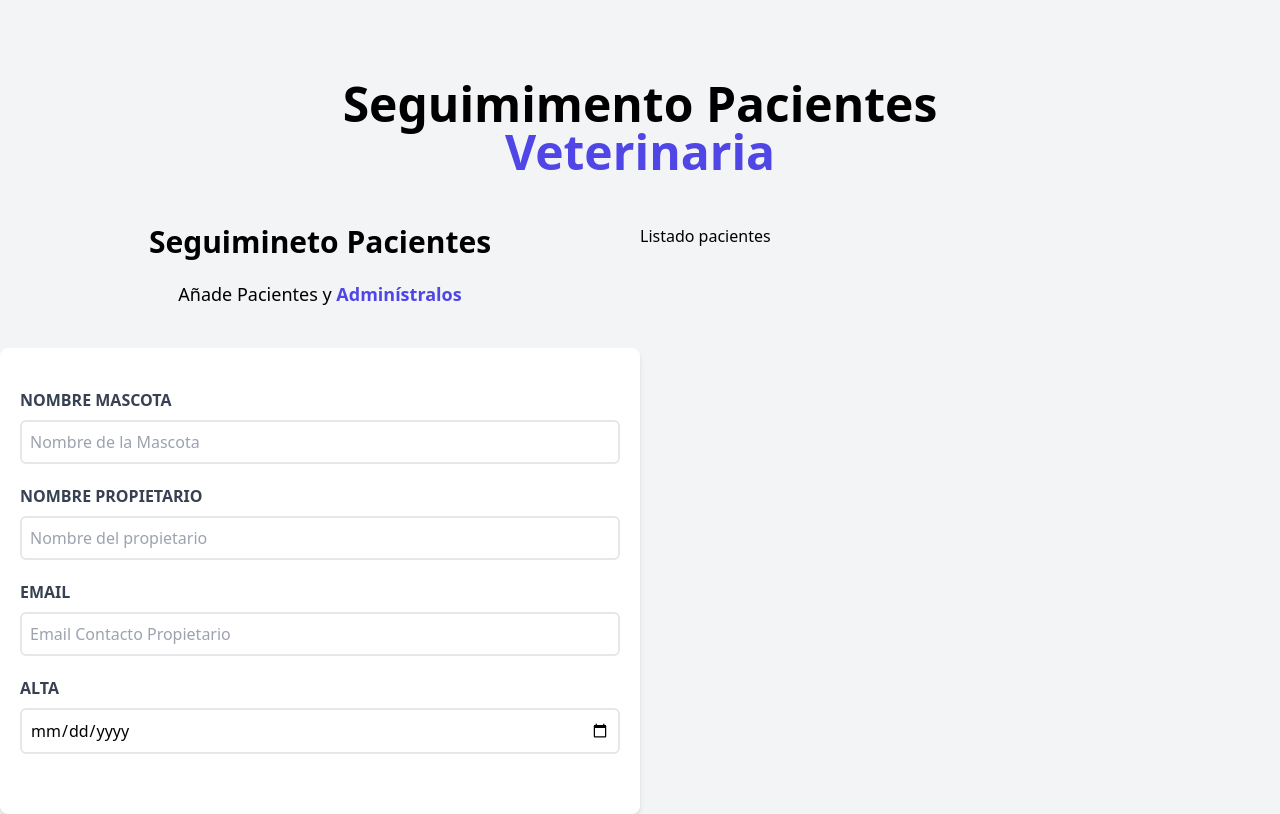
Repository: rlaureano/citas_react
Page: /
An editor plug-in stored every save of this project. The page is shown before and after the next save, followed by the edit.
The browser window is 1280 px wide. The pictures show the whole page.
The project was rebuilt for these pictures with package versions that can differ from the ones it lists, and the page was loaded fresh each time. Also part of the build but not shown: vite.config.js.

Above is the page before, as saved 2022-01-11 23:05:58.

After the next save:
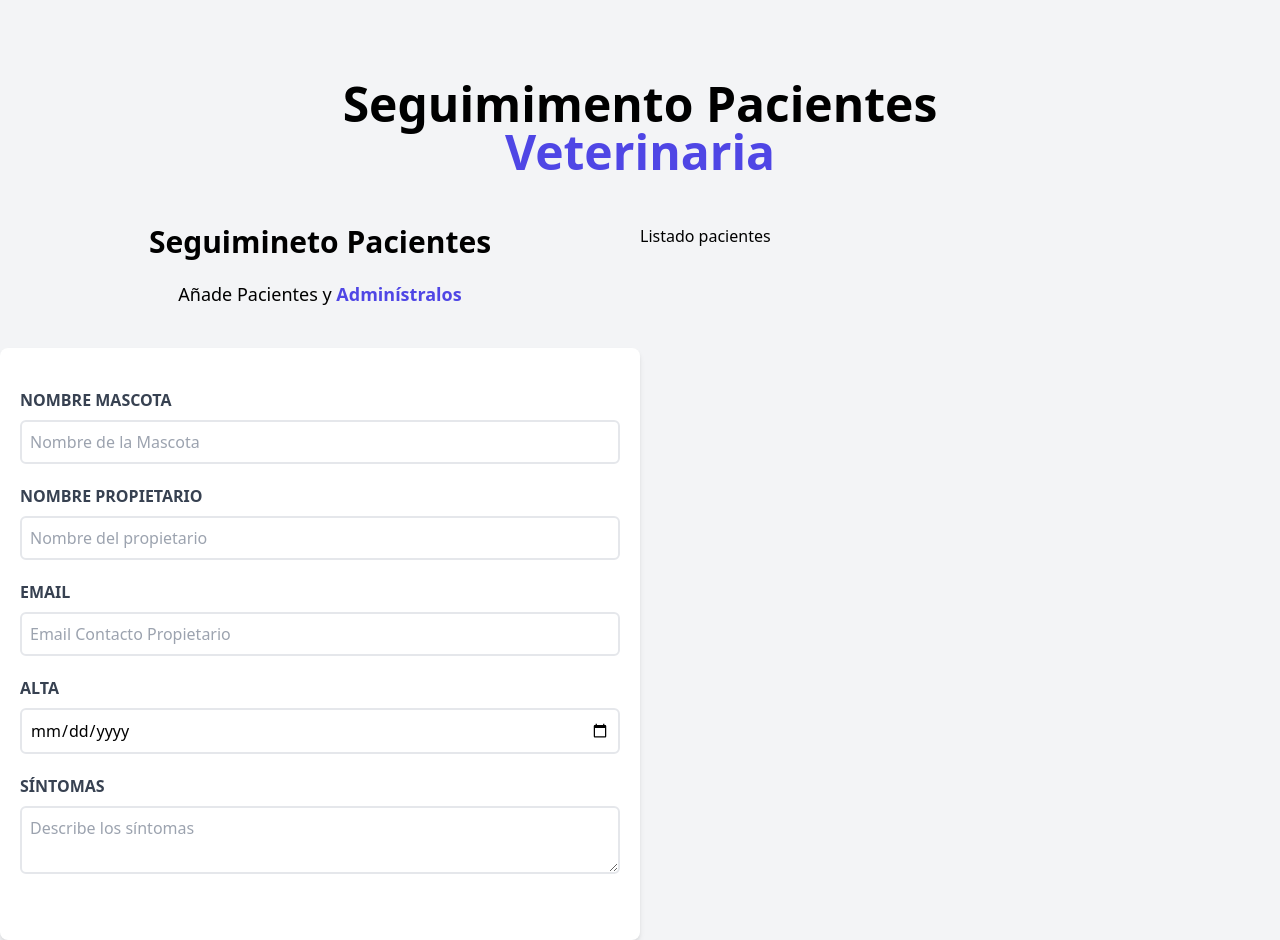
Saved 85 s later.
--- a/src/components/Formulario.jsx
+++ b/src/components/Formulario.jsx
@@ -50,6 +50,15 @@ const Formulario = () => {
             className="border-2 w-full p-2 mt-2 placeholder-gray-400 rounded-md"
           />
         </div>
+
+        <div className="mb-5">
+          <label htmlFor="sintomas" className="block text-gray-700 uppercase font-bold">Síntomas</label>
+          <textarea
+            id='sintomas'
+            placeholder="Describe los síntomas"
+            className="border-2 w-full p-2 mt-2 placeholder-gray-400 rounded-md"
+          />
+        </div>
       </form>
 
     </div>
